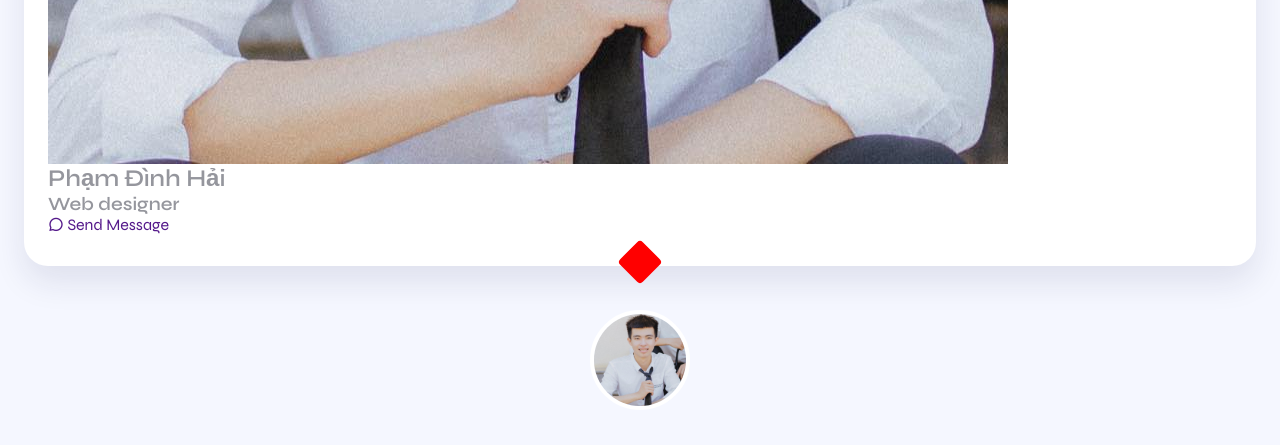
Repository: dinhhaidh/Profile
Page: index.html
These files come from the project's save history. The page is drawn as it stood at one moment and after a run of saves; the edit follows.
The browser window is 1280 px wide. The pictures show the whole page.
Some web libraries are served in a nearby version.

Above is the page before, as saved 2024-02-29 09:14:18.

### index.html
<!DOCTYPE html>
<html lang="en">
<head>
    <meta charset="UTF-8">
    <meta name="viewport" content="width=device-width, initial-scale=1.0">

    <!--=============== REMIXICONS ===============-->
    <link rel="stylesheet" href="https://cdnjs.cloudflare.com/ajax/libs/remixicon/4.0.1/remixicon.css">

    <!--=============== CSS ===============-->
    <link rel="stylesheet" href="style.css">

    <title>Profile card with tooltip</title>
</head>
<body>
    <div class="container">
        <article class="card__article">
            <div class="card__profile">
                <img src="./img/img.jpg" alt="image" class="card__profile-img">
            </div>

            <div class="card__tooltip">
                <div class="card__content">
                    <header class="card__header">
                        <span>Social</span>

                        <div class="card__social">
                            <a href="https://www.linkedin.com" target="_blank">
                                <i class="ri-linkedin-box-line"></i>
                            </a>

                            <a href="https://www.github.com" target="_blank">
                                <i class="ri-github-fill"></i>
                            </a>

                            <a href="https://www.dribbble.com" target="_blank">
                                <i class="ri-dribbble-line"></i>
                            </a>
                        </div>
                    </header>

                    <div class="card__data">
                        <div class="card__image">
                            <div class="card__mask">
                                <img src="./img/img.jpg" alt="image" class="card__img">
                            </div>

                            <span class="card__stutus">

                            </span>
                        </div>
                        <h2 class="card__name">Phạm Đình Hải</h2>
                        <h3 class="card__profession">Web designer</h3>

                        <a href="" class="card__button">
                            <i class="ri-chat-3-line"></i> <span>Send Message</span>
                        </a>
                    </div>
                </div>
            </div>
        </article>
    </div>
</body>
</html>

### style.css
/*=============== GOOGLE FONTS ===============*/
@import url("https://fonts.googleapis.com/css2?family=Syne:wght@400;500;600&display=swap");

/*=============== VARIABLES CSS ===============*/
:root {
    /*========== Colors ==========*/
    /*Color mode HSL(hue, saturation, lightness)*/
    --first-color: hsl(230, 100%, 50%);
    --second-color: hsl(150, 100%, 38%);
    --title-color: hsl(230, 24%, 12%);
    --text-color: hsl(230, 4%, 60%);
    --gray-color: hsl(230, 24%, 88%);
    --border-color: hsl(230, 4%, 92%);
    --body-color: hsl(230, 100%, 98%);
    --container-color: hsl(0, 0%, 100%);

    /*========== Font and typography ==========*/
    /*.5rem = 8px | 1rem = 16px ...*/
    --body-font: "Syne", sans-serif;
    --h2-font-size: 1.25rem;
    --normal-font-size: 1rem;
}

/*=============== BASE ===============*/
* {
    box-sizing: border-box;
    padding: 0;
    margin: 0;
}

body {
    font-family: var(--body-font);
    font-size: var(--normal-font-size);
    background-color: var(--body-color);
    color: var(--text-color);
}

a {
    text-decoration: none;
}

img {
    display: block;
    max-width: 100%;
    height: auto;
}

/*=============== CARD ===============*/
.container{
    height: 100vh;
    display: grid;
    place-items: center;
    margin-inline: 1.5rem;
    padding-block: 7rem;
}
.card__article{
    position: relative;
    align-items: flex-end;
    display: flex;
    justify-content: center;
}
.card__profile{
    width: 100px;
    height: 100px;
    background-color: var(--gray-color);
    border-radius: 50%;
    overflow: hidden;
    display:flex;
    align-items: flex-end;
    justify-content: center;
    border: 4px solid var(--container-color);
    z-index: 5;
}
.card__profile-img{
    width: 95px;
}

.card__tooltip{
    position: absolute;
    bottom: 4rem;
    padding-bottom: 5rem;
    /* transition: opacity .4s, bottom .4s cubic-bezier(.6, -.5, .3, 1.5);
    pointer-events: none;
    opacity: 0; */
}
.card__content{
    position: relative;
    width: calc(100vw - 3rem);
    background-color: var(--container-color);
    box-shadow: 0 16px 32px hsla(230, 50%, 20%, .1);
    padding: 2rem 1.5rem;
    border-radius: 1.5rem;
}
.card__content::after{
    content: "";
    width: 32px;
    height: 32px;
    background-color: red;
    position: absolute;
    left: 0;
    right: 0;
    bottom: -.75rem;
    margin-inline: auto;
    border-radius: .25rem;
    rotate: 45deg;
}
.card__header{

}
.card__social{

}

.card__data{

}
.card__image{

}
.card__mask{

}
.card__img{

}
.card__stutus{

}
.card__name{

}
.card__profession{

}
.card__button{

}
.ri-chat-3-line{

}

/* Scale profile image */


/* Show tooltip card */


/*=============== BREAKPOINTS ===============*/
/* For medium devices */

After the next 2 saves:
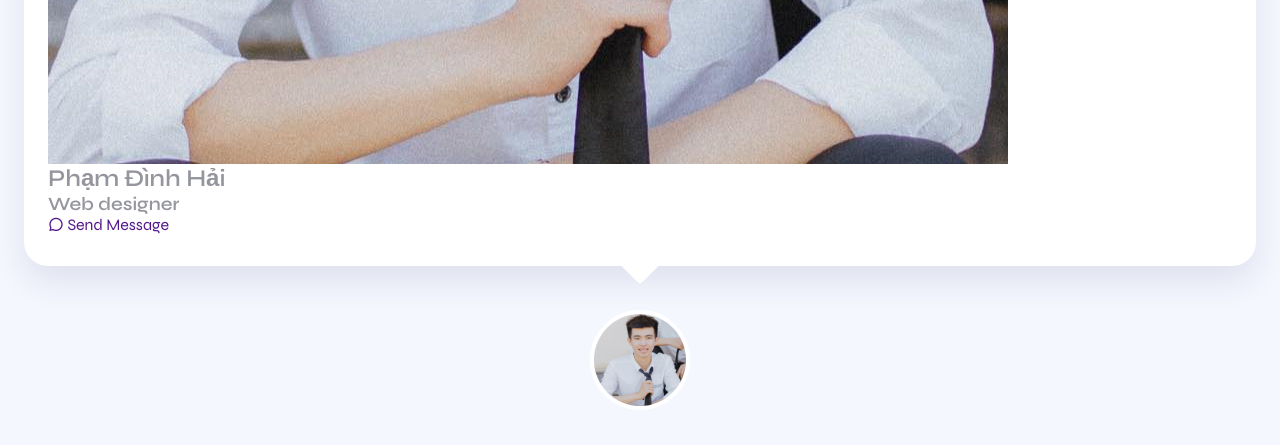
The 2 saves are shown as one change because they came seconds apart.
The last was saved 16 s later.
--- a/style.css
+++ b/style.css
@@ -95,7 +95,7 @@ img {
     content: "";
     width: 32px;
     height: 32px;
-    background-color: red;
+    background-color: var(--container-color);
     position: absolute;
     left: 0;
     right: 0;
